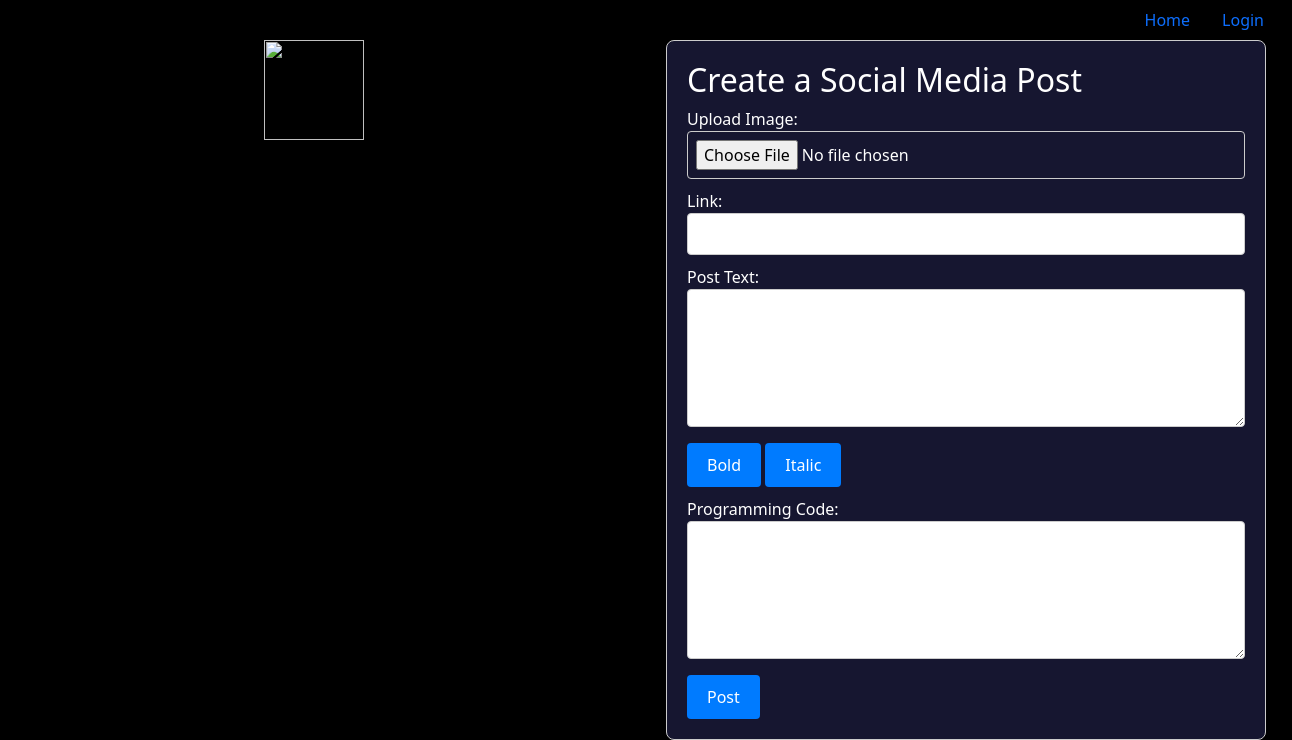
Repository: jaseem1999/sdCommunity
Page: http://localhost/sdCommunity/UserPost.jsp
An editor plug-in stored every save of this project. The page is shown before and after the next save, followed by the edit.
The browser window is 1280 px wide. The page is 1292 px wide, then 1280 px, so the pictures cover 1292 px, including what lies to the right of the window. The pictures show the whole page.
The page is served by Tomcat 9.

Above is the page before, as saved 2023-09-29 14:59:06.

After the next save:
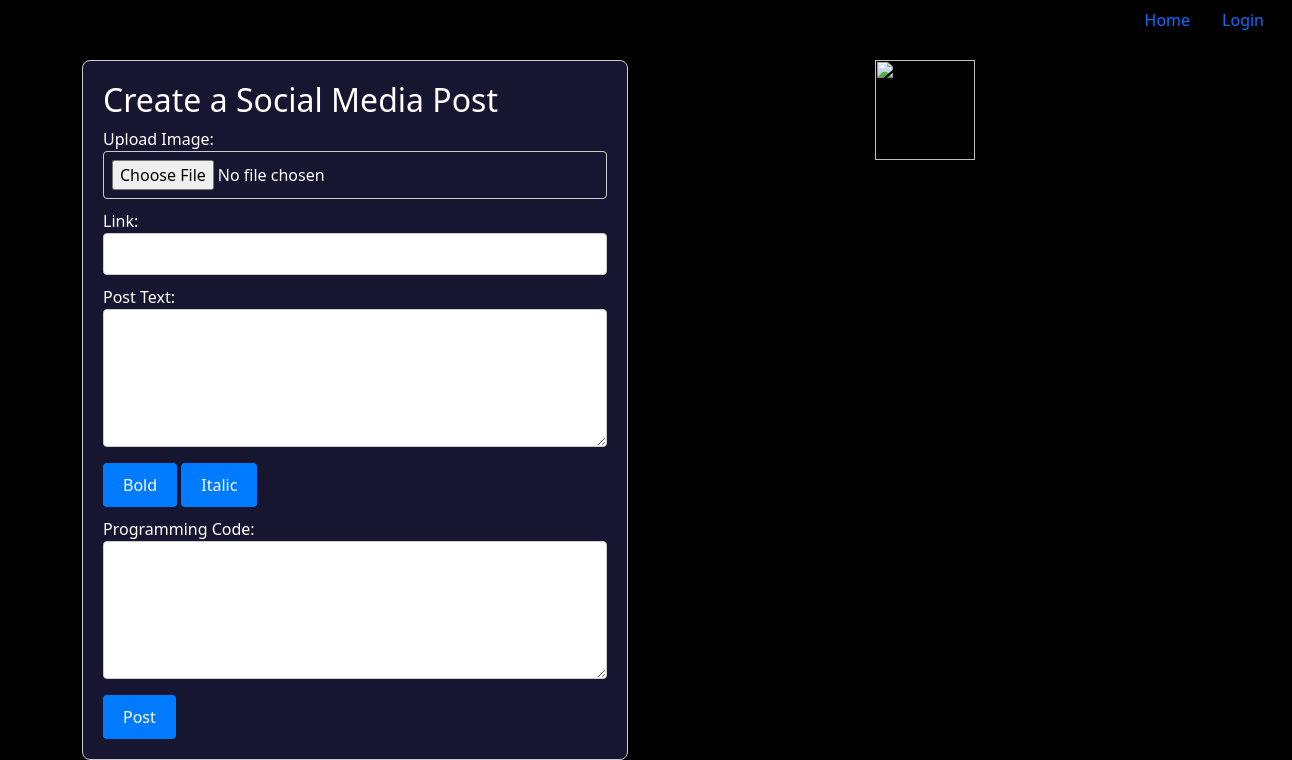
Saved 2 min 0 s later.
--- a/sdCommunity/src/main/webapp/UserPost.jsp
+++ b/sdCommunity/src/main/webapp/UserPost.jsp
@@ -181,12 +181,9 @@ String position = (String) session.getAttribute("position");
 		  %>
 		  </li>
 	</ul>
+	<div class="container-xl" style="color: white; margin-top: 20px;">
 	<div class="row">
-	  <div class="col">
-	<div id="center">
-	 <img class="profileImg" alt="" src="" id="updatedImg" style="width: 100px;"/><br>
-    </div>
-    </div>
+
 	<div class="col">
     <div class="post-form">
         <h2>Create a Social Media Post</h2>
@@ -211,6 +208,12 @@ String position = (String) session.getAttribute("position");
             <button type="submit">Post</button>
         </form>
     </div>
+    </div>
+	    <div class="col">
+			<div id="center">
+			 <img class="profileImg" alt="" src="" id="updatedImg" style="width: 100px;"/><br>
+		    </div>
+    	</div>
     </div>
     </div>
 
